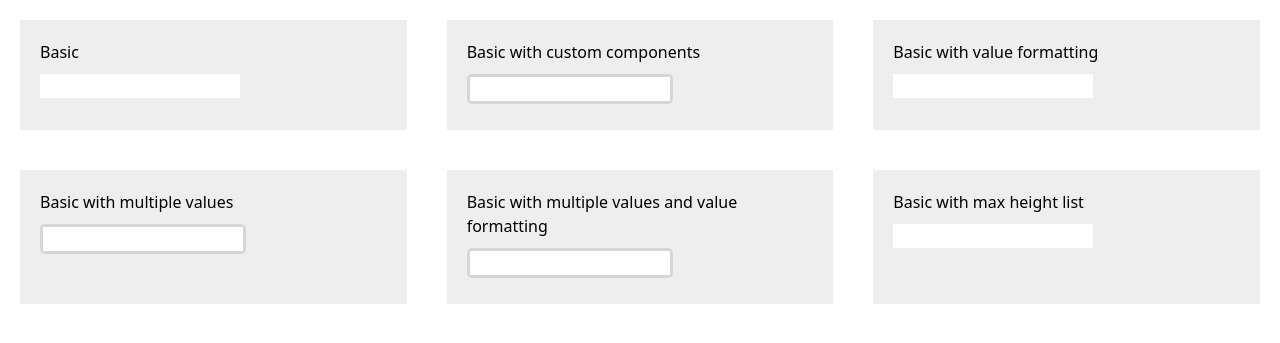
Repository: Frexity/frx-react
Page: / (app in ui/react-select/)
The author's editor kept a copy of each file at every save. The page is drawn from the files as they stood at one save, then again after the next save.
The browser window is 1280 px wide. The pictures show the whole page.
Some web libraries are served in a nearby version. The project was rebuilt for these pictures with package versions that can differ from the ones it lists, and the page was loaded fresh each time. Also part of the build but not shown: ui/react-select/vite.config.ts, ui/react-select/src/CustomSelectComponents/ListLoadingIndicator.tsx, ui/react-select/src/dummy-components/ControlLoadingIndicator.tsx, ui/react-select/src/dummy-components/ListLoadingIndicator.tsx.

Above is the page before, as saved 2022-08-21 00:55:02.

### ui/react-select/index.html
<!DOCTYPE html>
<html lang="en">
  <head>
    <meta charset="UTF-8" />
    <link rel="icon" type="image/svg+xml" href="/vite.svg" />
    <meta name="viewport" content="width=device-width, initial-scale=1.0" />
    <title>React Select</title>
    <script src="https://cdn.tailwindcss.com/3.1.8"></script>
  </head>
  <body>
    <div id="root"></div>
    <script type="module" src="/src/main.tsx"></script>
  </body>
</html>

### ui/react-select/src/App.tsx
import './styles.css'

import { ClearIndicator } from './CustomSelectComponents/ClearIndicator'
import { Control } from './CustomSelectComponents/Control'
import { ListLoadingIndicator } from './CustomSelectComponents/ListLoadingIndicator'
import { Option } from './CustomSelectComponents/Option'
import { dummyComponents } from './dummy-components'
import { Select } from './Select'
import { AsyncSelect } from './Select/Async'

const options = [
  { label: 'Option 1', value: '1' },
  { label: 'Option 2', value: '2' },
  { label: 'Option 3', value: '3' },
  { label: 'Option 4', value: '4' },
  { label: 'Option 5', value: '5' },
  { label: 'Option 6', value: '6' },
  { label: 'Option 7', value: '7' },
  { label: 'Option 8', value: '8' },
  { label: 'Option 9', value: '9' },
  { label: 'Option 10', value: '10' },
]

const customComponents = {
  Option,
  Control,
  ClearIndicator,
  ListLoadingIndicator,
}

export default function App() {
  return (
    <div className="cards">
      <div className="card">
        <h3>Basic</h3>
        <Select options={options} components={dummyComponents} />
      </div>
      <div className="card">
        <h3>Basic with custom components</h3>
        <Select options={options} components={customComponents} />
      </div>
      <div className="card">
        <h3>Basic with value formatting</h3>
        <Select
          options={options}
          components={dummyComponents}
          valueFormatter={(value) => {
            return value ? `This is value: ${value}` : null
          }}
        />
      </div>
      <div className="card">
        <h3>Basic with multiple values</h3>
        <Select options={options} components={customComponents} canSelectMultipleValues />
      </div>
      <div className="card">
        <h3>Basic with multiple values and value formatting</h3>
        <Select
          options={options}
          components={customComponents}
          canSelectMultipleValues
          valueFormatter={(value) => {
            return value ? `This is value: ${value}` : null
          }}
        />
      </div>
      {/* <div className="card">
        <h3>TODO: Basic with initial value</h3>
        <Select options={options} components={customComponents} canSelectMultipleValues />
      </div> */}
      <div className="card">
        <h3>Basic with max height list</h3>
        <Select
          options={options}
          components={dummyComponents}
          optionsListProps={{
            maxHeight: 150,
          }}
        />
      </div>
      {/* <div className="card">
        <h3>Async</h3>
        <AsyncSelect
          options={options}
          components={dummyComponents}
          asyncOptions={{
            url: 'https://jsonplaceholder.typicode.com/albums',
            startPage: 0,
            perPage: 4,
            queryAttribute: 'page',
            labelAttribute: 'title',
            valueAttribute: 'id',
            loadOnMount: true,
          }}
        />
      </div> */}
      {/* <div className="card">
        <h3>TODO: Async with initial value</h3>
        <AsyncSelect
          options={options}
          components={dummyComponents}
          asyncOptions={{
            url: 'https://jsonplaceholder.typicode.com/albums',
            startPage: 0,
            perPage: 4,
            queryAttribute: 'page',
            labelAttribute: 'title',
            valueAttribute: 'id',
            loadOnMount: true,
          }}
        />
      </div> */}
    </div>
  )
}

### ui/react-select/src/styles.css
.dropdown {
  position: fixed;
  border: 1px solid red;
  display: none;
  z-index: 1;
  background: white;
}

input:focus + .dropdown {
  display: block;
}

.card {
  margin: 20px;
  padding: 20px;
  background-color: #eee;
  overflow: hidden;
  overflow-y: scroll;
}

h3 {
  margin-bottom: 10px;
}

.cards {
  display: grid;
  grid-template-columns: repeat(auto-fill, minmax(400px, 1fr));
}

### ui/react-select/src/CustomSelectComponents/ClearIndicator.tsx
import { memo } from 'react'
import { ClearIndicatorComponentProps } from '../Select/types'

export const ClearIndicator = memo(({ clearIndicatorContainerStyles, onClick }: ClearIndicatorComponentProps) => {
  return (
    <div style={clearIndicatorContainerStyles} onClick={onClick}>
      <svg viewBox="0 0 460.775 460.775" style={{ width: 12, height: 12 }}>
        <path
          fill="#66f"
          d="M285.08,230.397L456.218,59.27c6.076-6.077,6.076-15.911,0-21.986L423.511,4.565c-2.913-2.911-6.866-4.55-10.992-4.55  c-4.127,0-8.08,1.639-10.993,4.55l-171.138,171.14L59.25,4.565c-2.913-2.911-6.866-4.55-10.993-4.55  c-4.126,0-8.08,1.639-10.992,4.55L4.558,37.284c-6.077,6.075-6.077,15.909,0,21.986l171.138,171.128L4.575,401.505  c-6.074,6.077-6.074,15.911,0,21.986l32.709,32.719c2.911,2.911,6.865,4.55,10.992,4.55c4.127,0,8.08-1.639,10.994-4.55  l171.117-171.12l171.118,171.12c2.913,2.911,6.866,4.55,10.993,4.55c4.128,0,8.081-1.639,10.992-4.55l32.709-32.719  c6.074-6.075,6.074-15.909,0-21.986L285.08,230.397z"
        />
      </svg>
    </div>
  )
})

### ui/react-select/src/CustomSelectComponents/Control.tsx
import { ControlComponentProps } from '../Select/types'

export const Control = ({ controlStyles, children }: ControlComponentProps) => {
  return (
    <div
      style={{
        ...controlStyles,
        borderRadius: 5,
        padding: 3,
        backgroundColor: '#d6d6d6',
      }}
    >
      {children}
    </div>
  )
}

### ui/react-select/src/CustomSelectComponents/Option.tsx
import { memo } from 'react'
import { OptionComponentProps } from '../Select/types'

export const Option = memo(({ isSelected, label, onSelect }: OptionComponentProps) => {


  return (
    <li className="text-gray-900 cursor-pointer py-2 pl-3 pr-9 hover:bg-sky-300" onClick={onSelect}>
      <div className="flex items-center">
        <img
          src="https://images.unsplash.com/photo-1491528323818-fdd1faba62cc?ixlib=rb-1.2.1&ixid=eyJhcHBfaWQiOjEyMDd9&auto=format&fit=facearea&facepad=2&w=256&h=256&q=80"
          alt=""
          className="flex-shrink-0 h-6 w-6 rounded-full"
        />
        <span className={`${isSelected ? 'font-bold text-blue-700' : 'font-normal'} ml-3 block truncate`}>{label}</span>
      </div>
    </li>
  )
})

### ui/react-select/src/dummy-components/index.ts
import { Control } from './Control'
import { ClearIndicator } from './ClearIndicator'
import { ControlLoadingIndicator } from './ControlLoadingIndicator'
import { ListLoadingIndicator } from './ListLoadingIndicator'
import { Option } from './Option'

export const dummyComponents = {
  Control,
  ClearIndicator,
  ControlLoadingIndicator,
  ListLoadingIndicator,
  Option,
}

### ui/react-select/src/Select/index.tsx
import { InnerSelect } from './common'
import { SelectProvider } from './Context'
import { OutsideClickHandler } from './OutsideClickHandler'
import { SelectProps } from './types'

export const Select = ({
  valueFormatter,
  options,
  components,
  optionsDropdownProps,
  optionsListProps,
  canSelectMultipleValues,
}: Omit<SelectProps, 'asyncOptions'>) => {
  // const [o, setO] = useState(options);

  // Test setting options from outside the context/component
  /*
  useEffect(() => {
    setTimeout(() => {
      setO([{ label: "New", value: "x" }]);
    }, 2000);
  }, []);
  console.log({ o });
  */

  return (
    <SelectProvider value={{ options }}>
      <OutsideClickHandler>
        <InnerSelect
          valueFormatter={valueFormatter}
          components={components}
          optionsDropdownProps={optionsDropdownProps}
          optionsListProps={optionsListProps}
          canSelectMultipleValues={canSelectMultipleValues}
        />
      </OutsideClickHandler>
    </SelectProvider>
  )
}

### ui/react-select/src/dummy-components/Control.tsx
import { ControlComponentProps } from '../Select/types'

export const Control = ({ controlStyles, children }: ControlComponentProps) => {
  return <div style={controlStyles}>{children}</div>
}

### ui/react-select/src/dummy-components/ClearIndicator.tsx
import { memo } from 'react'
import { ClearIndicatorComponentProps } from '../Select/types'

export const ClearIndicator = memo(({ clearIndicatorContainerStyles, onClick }: ClearIndicatorComponentProps) => {
  return (
    <div style={clearIndicatorContainerStyles} onClick={onClick}>
      X
    </div>
  )
})

### ui/react-select/src/dummy-components/Option.tsx
import { memo } from 'react'
import { OptionComponentProps } from '../Select/types'

export const Option = memo(({ isSelected, label, onSelect }: OptionComponentProps) => {
  return (
    <div style={{ fontWeight: isSelected ? 'bold' : 'normal' }} onClick={onSelect}>
      {label}
    </div>
  )
})

### ui/react-select/src/Select/common.tsx
import { useContext } from 'react'
import { SelectProps } from './types'
import { ClearIndicator } from './ClearIndicator'
import { SelectContext } from './Context'
import { Input } from './Input'
import { Options } from './Options'
import { OptionsDropdown } from './OptionsDropdown'
import { OptionsList } from './OptionsList'
import { selectStyles } from './styles'

export const InnerSelect = ({
  valueFormatter,
  components,
  optionsDropdownProps,
  optionsListProps,
  asyncOptions,
  AsyncHandler,
  canSelectMultipleValues,
}: Omit<SelectProps, 'options'> & { AsyncHandler?: any }) => {
  const { state } = useContext<any>(SelectContext)

  return (
    <>
      <components.Control controlStyles={selectStyles.control}>
        <Input valueFormatter={valueFormatter} />
        {components.ClearIndicator && <ClearIndicator ClearIndicatorComponent={components.ClearIndicator} />}
        {components.ControlLoadingIndicator && <components.ControlLoadingIndicator isVisible={state.isLoading} />}
      </components.Control>
      <OptionsDropdown optionsDropdownProps={optionsDropdownProps}>
        {components.ListLoadingIndicator && (
          <components.ListLoadingIndicator isVisible={state.isOpen && state.isLoading} />
        )}
        <OptionsList optionsListProps={optionsListProps} isAsync={!!asyncOptions}>
          <Options OptionComponent={components.Option} canSelectMultipleValues={canSelectMultipleValues} />
        </OptionsList>
      </OptionsDropdown>
      {AsyncHandler && <AsyncHandler asyncOptions={asyncOptions} />}
    </>
  )
}

### ui/react-select/src/Select/Context.tsx
import React, { useReducer, createContext, useId, useEffect, PropsWithChildren } from 'react'

function reducer(state: any, action: any) {
  return { ...state, ...action }
}

const SelectContext = createContext({}) as any

const SelectProvider = ({ children, value }: PropsWithChildren<{ value: any }>) => {
  const inputElementId = useId()
  const listElementId = useId()
  const dropdownElementId = useId()

  const initialState = {
    isOpen: false,
    hasReachedBottom: false,
    isLoading: false,
    inputElementId,
    dropdownElementId,
    listElementId,
    options: value.options,
    selectedValues: null,
  }
  const [state, dispatch] = useReducer(reducer, initialState)
  const store = React.useMemo(() => ({ state, dispatch }), [state])

  /*
  TODO:
  - Get scroll ref, to scrollToTop when it opens
  */

  // Update options when they come from the outside
  useEffect(() => {
    dispatch({ options: value.options })
  }, [value.options])

  return <SelectContext.Provider value={store}>{children}</SelectContext.Provider>
}

export { SelectContext, SelectProvider }

### ui/react-select/src/Select/OutsideClickHandler.tsx
import { memo, ReactNode, useContext, useEffect, useRef } from 'react'
import { SelectContext } from './Context'

interface OutsideClickHandlerProps {
  children: ReactNode
}

const useOutsideClick = (callback: any) => {
  const ref = useRef<any>()

  useEffect(() => {
    const handleClick = (event: MouseEvent) => {
      if (ref.current && !ref.current.contains(event.target)) {
        callback()
      }
    }

    document.addEventListener('mousedown', handleClick, true)

    return () => {
      document.removeEventListener('mousedown', handleClick, true)
    }
  }, [ref, callback])

  return ref
}

export const OutsideClickHandler = memo(({ children }: OutsideClickHandlerProps) => {
  const { dispatch } = useContext<any>(SelectContext)

  const ref = useOutsideClick(() => {
    dispatch({ isOpen: false })
  })

  return <span ref={ref}>{children}</span>
})

### ui/react-select/src/Select/ClearIndicator.tsx
import { ComponentType, useCallback, useContext } from 'react'
import { SelectContext } from './Context'

import { selectStyles } from './styles'
import { ClearIndicatorComponentProps } from './types'

interface ClearIndicatorProps {
  ClearIndicatorComponent: ComponentType<ClearIndicatorComponentProps>
}

export const ClearIndicator = ({ ClearIndicatorComponent }: ClearIndicatorProps) => {
  const { state, dispatch } = useContext<any>(SelectContext)

  const handleClick = useCallback(() => {
    dispatch({ selectedValues: null })
  }, [dispatch])

  return (
    <span style={{ display: state.selectedValues ? 'initial' : 'none' }}>
      <ClearIndicatorComponent
        onClick={handleClick}
        selectedValues={state.selectedValues}
        clearIndicatorContainerStyles={selectStyles.clearIndicator}
      />
    </span>
  )
}

### ui/react-select/src/Select/Input.tsx
import { useContext, useCallback, memo } from 'react'
import { SelectContext } from './Context'
import { SelectProps } from './types'

interface InnerInputProps {
  valueFormatter: SelectProps['valueFormatter']
  selectedValues: string
  id: string
  onFocus: () => void
}

const InnerInput = memo(({ valueFormatter, selectedValues, id, onFocus }: InnerInputProps) => {
  const formattedValue = valueFormatter
    ? Array.isArray(selectedValues)
      ? selectedValues.map(valueFormatter)
      : valueFormatter(selectedValues)
    : selectedValues

  return (
    <div
      id={id}
      // type="text"
      // placeholder="hej"
      // onFocus={onFocus}
      onClick={onFocus}
      // value={formattedValue || ''}
      style={{ width: 200, backgroundColor: '#fff', height: 24 }}
    >
      {formattedValue}
    </div>
  )
})

export const Input = memo(({ valueFormatter }: Pick<SelectProps, 'valueFormatter'>) => {
  const { state, dispatch } = useContext<any>(SelectContext)

  const onFocus = useCallback(() => {
    dispatch({ isOpen: true })
  }, [dispatch])

  return (
    <InnerInput
      selectedValues={state.selectedValues}
      id={state.inputElementId}
      onFocus={onFocus}
      valueFormatter={valueFormatter}
    />
  )
})

### ui/react-select/src/Select/Options.tsx
import { memo, useCallback, useContext } from 'react'
import { SelectContext } from './Context'
import { OptionType, SelectComponents } from './types'
import { toggleValue } from './utils'

interface InnerOptionsProps {
  OptionComponent: any
  onSelect: any
  options: any
  selectedValues: any
}

const InnerOptions = memo(({ selectedValues, options, onSelect, OptionComponent }: InnerOptionsProps) => {
  return (
    <>
      {options.map((option: OptionType) => {
        const isSelected = Array.isArray(selectedValues)
          ? selectedValues.includes(option.value)
          : selectedValues === option.value

        return (
          <OptionComponent
            key={option.value}
            label={option.label}
            value={option.value}
            isSelected={isSelected}
            onSelect={() => {
              onSelect(option.value)
            }}
          />
        )
      })}
    </>
  )
})

interface OptionsProps {
  OptionComponent: SelectComponents['Option']
  canSelectMultipleValues: boolean | undefined
}

export const Options = ({ OptionComponent, canSelectMultipleValues }: OptionsProps) => {
  const { state, dispatch } = useContext<any>(SelectContext)

  const onSelect = useCallback(
    (value: string) => {
      if (canSelectMultipleValues) {
        const newValues = toggleValue({ value, selectedValues: state.selectedValues })
        dispatch({ selectedValues: newValues, isOpen: false })
        return
      }
      dispatch({ selectedValues: value, isOpen: false })
    },
    [dispatch, state.selectedValues, canSelectMultipleValues],
  )

  return (
    <InnerOptions
      options={state.options}
      OptionComponent={OptionComponent}
      selectedValues={state.selectedValues}
      onSelect={onSelect}
    />
  )
}

### ui/react-select/src/Select/OptionsDropdown.tsx
import { SelectContext } from './Context'
import { ReactNode, useContext, useEffect } from 'react'

import { getScrollParent, normalizedHeight, setMenuPosition } from './utils'
import { SelectProps } from './types'

interface OptionsDropdownProps {
  children: ReactNode
  optionsDropdownProps?: SelectProps['optionsDropdownProps']
}

export const OptionsDropdown = ({ children }: OptionsDropdownProps) => {
  const { state } = useContext<any>(SelectContext)

  // TODO: Reposition on window resize
  useEffect(() => {
    // TODO: Get unique ID instead
    const dropdown = document.getElementById(state.dropdownElementId)
    if (!dropdown) {
      return
    }

    const input = document.getElementById(state.inputElementId)
    if (!input) {
      return
    }
    if (!state.isOpen) {
      dropdown.style.display = 'none'
      return
    }

    const parent = getScrollParent(input)

    const style = getComputedStyle(input)

    const borderTopWidth = parseInt(style.borderTopWidth, 10) || 0
    const borderLeftWidth = parseInt(style.borderLeftWidth, 10) || 0
    const borderBottomWidth = parseInt(style.borderBottomWidth, 10) || 0
    const inputHeight = normalizedHeight(input) + borderTopWidth + borderBottomWidth

    setMenuPosition(dropdown, input, inputHeight, borderLeftWidth)

    function scrollEventHandler(this: HTMLElement) {
      if (!dropdown) {
        return
      }
      setMenuPosition(dropdown, this, inputHeight, borderLeftWidth)
    }

    parent.addEventListener('scroll', scrollEventHandler.bind(input))

    dropdown.style.display = 'initial'
  }, [state.isOpen, state.inputElementId, state.dropdownElementId])

  return (
    <div className="dropdown" id={state.dropdownElementId}>
      {children}
    </div>
  )
}

### ui/react-select/src/Select/OptionsList.tsx
import { SelectContext } from './Context'
import { useContext, memo, useCallback, useEffect, PropsWithChildren } from 'react'
import { scrollIsAtBottom } from './utils'
import { SelectProps } from './types'

interface InnerOptionsListProps {
  isAsync: boolean
  optionsListProps: SelectProps['optionsListProps']
  onReachedBottom: (() => void) | undefined
  listElementId: string
}

const InnerOptionsList = memo(
  ({
    children,
    isAsync,
    optionsListProps,
    onReachedBottom,
    listElementId,
  }: PropsWithChildren<InnerOptionsListProps>) => {
    useEffect(() => {
      if (!isAsync) {
        return
      }
      const element = document.getElementById(listElementId)
      if (!element) {
        return
      }

      function checkIfAtBottom() {
        if (element && scrollIsAtBottom(element)) {
          onReachedBottom && onReachedBottom()
        }
      }
      element.addEventListener('scroll', checkIfAtBottom)

      return () => {
        element.removeEventListener('scroll', checkIfAtBottom)
      }
    }, [onReachedBottom, listElementId, isAsync])

    return (
      <div
        id={listElementId}
        style={{
          maxHeight: optionsListProps?.maxHeight || 'unset',
          overflowY: optionsListProps?.maxHeight ? 'scroll' : 'unset',
        }}
      >
        <ul>{children}</ul>
      </div>
    )
  },
)

interface OptionsListProps {
  isAsync: boolean
  optionsListProps: any
}

export const OptionsList = ({ children, optionsListProps, isAsync }: PropsWithChildren<OptionsListProps>) => {
  const { state, dispatch } = useContext<any>(SelectContext)

  const onReachedBottom = useCallback(() => {
    if (state.hasReachedBottom) {
      return
    }
    dispatch({ hasReachedBottom: true })
  }, [dispatch, state.hasReachedBottom])

  return (
    <InnerOptionsList
      isAsync={isAsync}
      optionsListProps={optionsListProps}
      onReachedBottom={isAsync ? onReachedBottom : undefined}
      listElementId={state.listElementId}
    >
      {children}
    </InnerOptionsList>
  )
}

### ui/react-select/src/Select/styles.ts
export const selectStyles = {
  clearIndicator: {
    position: 'absolute',
    top: 0,
    right: 0,
    bottom: 0,
    display: 'flex',
    padding: '0 7px',
    justifyContent: 'center',
    alignItems: 'center',
    cursor: 'pointer',
  },
  control: {
    position: 'relative',
    display: 'inline-block',
  },
}

### ui/react-select/src/Select/utils.ts
export function getScrollParent(element: HTMLElement) {
  let style = window.getComputedStyle(element)
  const excludeStaticParent = style.position === 'absolute'
  const overflowRegex = /(auto|scroll)/
  const documentElement = document.documentElement

  if (style.position === 'fixed') {
    return documentElement
  }

  // eslint-disable-next-line @typescript-eslint/ban-ts-comment
  // @ts-ignore
  for (let parent = element; (parent = parent.parentElement); ) {
    style = window.getComputedStyle(parent)
    if (excludeStaticParent && style.position === 'static') {
      continue
    }
    if (overflowRegex.test(style.overflow + style.overflowY + style.overflowX)) {
      return parent
    }
  }

  return documentElement
}

export function getScrollTop(el: HTMLElement) {
  if (isDocumentElement(el)) {
    return window.scrollY
  }
  return el.scrollTop
}

export function normalizedHeight(el: HTMLElement) {
  if (isDocumentElement(el)) {
    return window.innerHeight
  }

  return el.clientHeight
}

export function isDocumentElement(el: HTMLElement) {
  return [document.documentElement, document.body, window].indexOf(el) > -1
}

// https://github.com/JedWatson/react-select/blob/b0411ff46bc1ecf45d9bca4fb58fbce1e57f847c/packages/react-select/src/internal/useScrollCapture.js

export function setMenuPosition(dropdown: HTMLElement, element: HTMLElement, inputHeight: number, leftOffset: number) {
  // Done with JS instead of React, otherwise it will lag behind
  const offset = element.getBoundingClientRect()
  const top = offset.top
  const left = offset.left
  dropdown.style.top = `${top + inputHeight}px`
  dropdown.style.left = `${left + leftOffset}px`
}

export function scrollIsAtBottom(node: HTMLElement) {
  return node.scrollTop + node.offsetHeight === node.scrollHeight
}

export function sleep(ms: number) {
  return new Promise((resolve) => setTimeout(resolve, ms))
}

export function toggleValue({ value, selectedValues }: { value: string; selectedValues: string[] | null }) {
  const wrappedSelectedValues = selectedValues ? [...selectedValues] : []
  if (wrappedSelectedValues.includes(value)) {
    const newValues = wrappedSelectedValues.filter((v) => v !== value)
    return newValues.length === 0 ? null : newValues
  }
  return [...wrappedSelectedValues, value]
}

Loaded but not shown: ui/react-select/src/main.tsx (common file)

After the next save:
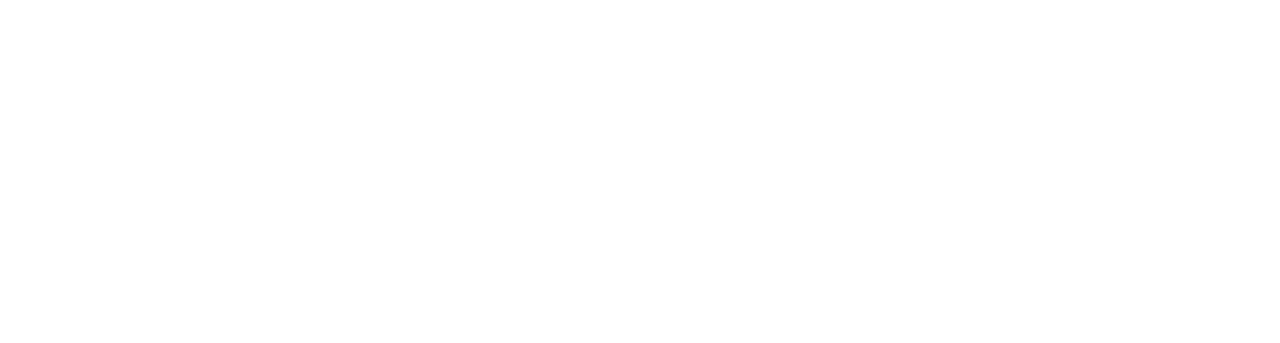
Console error: ReferenceError: state is not defined
Saved 95 s later.
--- a/ui/react-select/src/dummy-components/ClearIndicator.tsx
+++ b/ui/react-select/src/dummy-components/ClearIndicator.tsx
@@ -3,7 +3,10 @@
 
 export const ClearIndicator = memo(({ clearIndicatorContainerStyles, onClick }: ClearIndicatorComponentProps) => {
   return (
-    <div style={clearIndicatorContainerStyles} onClick={onClick}>
+    <div
+      style={Object.assign(clearIndicatorContainerStyles, { display: state.selectedValues ? 'initial' : 'none' })}
+      onClick={onClick}
+    >
       X
     </div>
   )

After the 6 saves that followed:
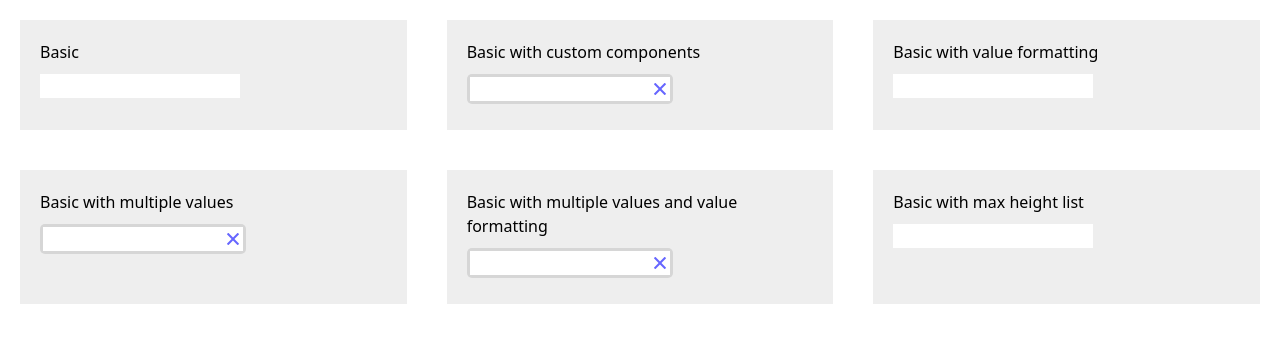
The error is gone.
The 6 saves are shown as one change because 4 left the picture as it was and some came seconds apart.
The last was saved 2 min 28 s later.
--- a/ui/react-select/src/dummy-components/ClearIndicator.tsx
+++ b/ui/react-select/src/dummy-components/ClearIndicator.tsx
@@ -1,13 +1,15 @@
 import { memo } from 'react'
 import { ClearIndicatorComponentProps } from '../Select/types'
 
-export const ClearIndicator = memo(({ clearIndicatorContainerStyles, onClick }: ClearIndicatorComponentProps) => {
-  return (
-    <div
-      style={Object.assign(clearIndicatorContainerStyles, { display: state.selectedValues ? 'initial' : 'none' })}
-      onClick={onClick}
-    >
-      X
-    </div>
-  )
-})
+export const ClearIndicator = memo(
+  ({ clearIndicatorContainerStyles, onClick, selectedValues }: ClearIndicatorComponentProps) => {
+    return (
+      <div
+        style={{ ...clearIndicatorContainerStyles, ...{ display: selectedValues ? 'initial' : 'none' } }}
+        onClick={onClick}
+      >
+        X
+      </div>
+    )
+  },
+)
--- a/ui/react-select/src/Select/ClearIndicator.tsx
+++ b/ui/react-select/src/Select/ClearIndicator.tsx
@@ -16,12 +16,10 @@
   }, [dispatch])
 
   return (
-    <span style={{ display: state.selectedValues ? 'initial' : 'none' }}>
-      <ClearIndicatorComponent
-        onClick={handleClick}
-        selectedValues={state.selectedValues}
-        clearIndicatorContainerStyles={selectStyles.clearIndicator}
-      />
-    </span>
+    <ClearIndicatorComponent
+      onClick={handleClick}
+      selectedValues={state.selectedValues}
+      clearIndicatorContainerStyles={selectStyles.clearIndicator}
+    />
   )
 }
